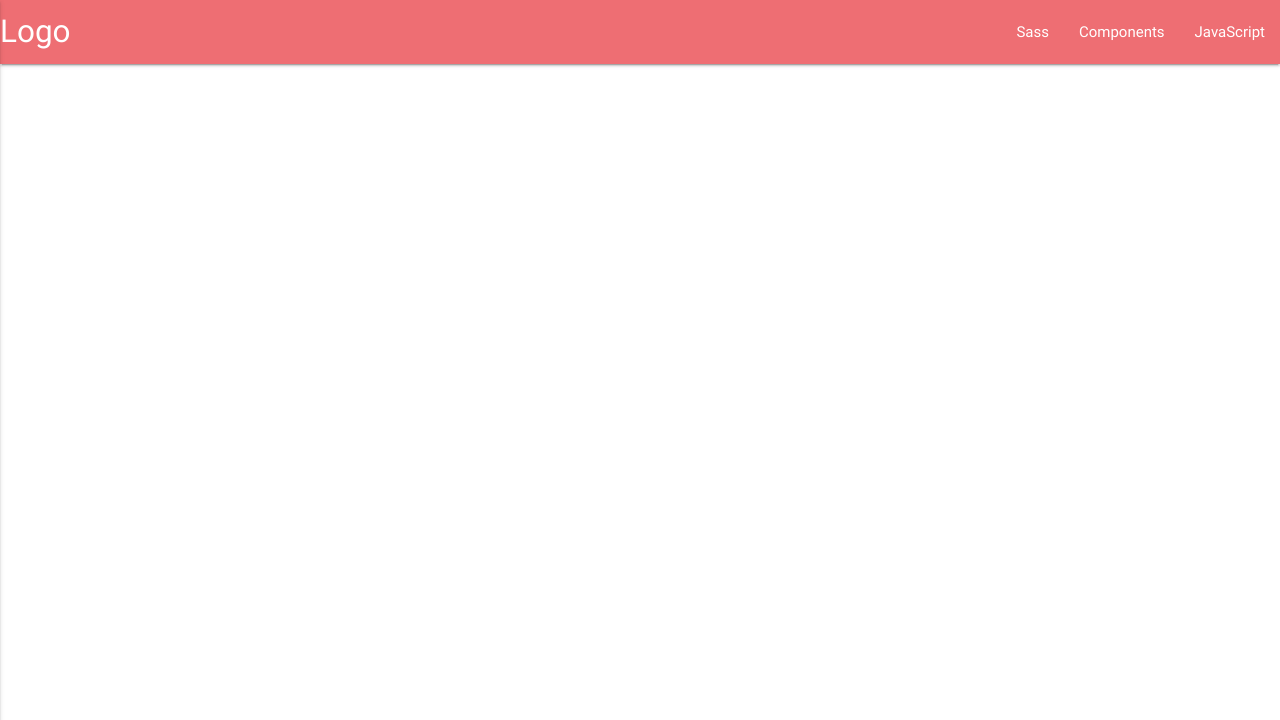
Repository: arcorco/dcd-milestone
Page: http://localhost/
The author's editor kept a record of every edit. The page is drawn from the files as they stood at one moment, then again after the next edit.
The browser window is 1280 px wide. The pictures show the whole page.
Some web libraries are served in a nearby version. The page is served by the project's application, run on Flask 3 (app.py). Queries for data that is not in the repository find no rows.

Above is the page before.

### templates/games.html
{% extends 'base.html' %} {% block content %}
<div class="center game-carousel">

    {% for game in games %}
    <div class="carousel-item red white-text">
        <div class="row">
            <div class="col s6">
                <h1>{{game.game_name}}</h1>
                <ul>
                    <li>
                        <h5 class="white-text"><i class="material-icons">work</i> Manufacturer: {{game.manufacturer}}</h5>
                    </li>
                    <li>
                        <h5 class="white-text"><i class="material-icons">group</i> Number of players: {{game.number_of_players}}</h5>
                    </li>
                    <li>
                        <h5 class="white-text"><i class="material-icons">child_care</i> Age range: {{game.age_range}}</h5>
                    </li>
                </ul>
            </div>
            <div class="col s6">
                <p class="white-text">{{game.game_description}}</p>
                <div class="row">
                    <div class="col s6">
                        <a href="{{url_for('edit_game', game_id=game._id)}}" class="waves-effect waves-light btn"><i class="material-icons right">cloud</i>EDIT</a>
                    </div>
                    <div class="col s6">
                        <a href="{{url_for('delete_game', game_id=game._id)}}" class="waves-effect waves-light btn"><i class="material-icons right">cloud</i>DELETE</a>
                    </div>
                </div>
            </div>
        </div>
    </div>
    {% endfor %}

</div>
{% endblock %}

### templates/base.html
<!DOCTYPE html>
<html>

<head>
    <link href="https://fonts.googleapis.com/icon?family=Material+Icons" rel="stylesheet">
    <link rel="stylesheet" href="https://cdnjs.cloudflare.com/ajax/libs/materialize/0.100.2/css/materialize.min.css">
    <link rel="stylesheet" type="text/css" href="//cdn.jsdelivr.net/npm/slick-carousel@1.8.1/slick/slick.css" />
    <link rel="stylesheet" href="{{url_for('static', filename='css/style.css')}}" type="text/css" />
</head>

<body>
    <header>
        <nav>
            <div class="nav-wrapper">
                <a href="#" class="brand-logo">Logo</a>
                <a href="#" data-activates="mobile-demo" class="button-collapse"><i class="material-icons">menu</i></a>
                <ul id="nav-mobile" class="right hide-on-med-and-down">
                    <li><a href="sass.html">Sass</a></li>
                    <li><a href="badges.html">Components</a></li>
                    <li><a href="collapsible.html">JavaScript</a></li>
                </ul>

                <ul class="side-nav" id="mobile-demo">
                    <li><a href="sass.html">Sass</a></li>
                    <li><a href="badges.html">Components</a></li>
                    <li><a href="collapsible.html">JavaScript</a></li>
                </ul>
            </div>
        </nav>
    </header>
    {% block content %} {% endblock %}

    <script src="https://cdnjs.cloudflare.com/ajax/libs/jquery/3.2.1/jquery.min.js"></script>
    <script src="https://cdnjs.cloudflare.com/ajax/libs/materialize/0.100.2/js/materialize.min.js"></script>
    <script type="text/javascript" src="//cdn.jsdelivr.net/npm/slick-carousel@1.8.1/slick/slick.min.js"></script>
    <script type="text/javascript">
        $(document).ready(function() {
            $('.game-carousel').slick({});

            $('input#game_description').characterCounter();

            $('select').material_select();

            $('.button-collapse').sideNav();
        });
    </script>
</body>

</html>

### app.py
import os
from flask import Flask, render_template, redirect, request, url_for
from flask_pymongo import PyMongo
from bson.objectid import ObjectId

app = Flask(__name__)

app.config["MONGO_DNAME"] = 'game_review'
app.config["MONGO_URI"] = 'mongodb+srv://first_user:WG9zKqgDwfDTHNa@myfirstcluster-74ub4.mongodb.net/game_review?retryWrites=true&w=majority'
#environment variable for username and password

mongo = PyMongo(app)

@app.route('/')
@app.route('/get_games')
def get_games():
    return render_template('games.html', games=mongo.db.games.find())

@app.route('/add_game')
def add_game():
    return render_template('addgame.html')

@app.route('/insert_game', methods=['POST'])
def insert_game():
    games = mongo.db.games
    new_game = request.form.to_dict()
    min_players = new_game.get("number_of_players_min")
    max_players = new_game.get("number_of_players_max")
    min_age = new_game.get("age_range")
    age = "%s+" % min_age
    players = "%s-%s" % (min_players, max_players)
    new_game.update( {'number_of_players' : players} )
    new_game.update( {'age_range' : age} )
    games.insert_one(new_game)
    return redirect(url_for('get_games'))

@app.route('/edit_game/<game_id>')
def edit_game(game_id):
    the_game = mongo.db.games.find_one({"_id": ObjectId(game_id)})
    return render_template('editgame.html', game=the_game)

@app.route('/update_game/<game_id>', methods=["POST"])
def update_game(game_id):
    games = mongo.db.games
    games.update( {'_id': ObjectId(game_id)},
    {
        'game_name':request.form.get('game_name'),
        'game_description':request.form.get('game_description'),
        'manufacturer':request.form.get('manufacturer'),
        'number_of_players_min':request.form.get('number_of_players_min'),
        'number_of_players_max':request.form.get('number_of_players_max'),
        'number_of_players':"%s-%s" % (request.form.get('number_of_players_min'), request.form.get('number_of_players_max')),
        'age_range': "%s+" % (request.form.get('age_range'))
    })
    return redirect(url_for('get_games'))

@app.route('/delete_game/<game_id>')
def delete_game(game_id):
    mongo.db.games.remove({'_id': ObjectId(game_id)})
    return redirect(url_for('get_games'))

@app.route('/get_reviews')
def get_reviews():
    return render_template('reviews.html', reviews=mongo.db.reviews.find())

@app.route('/add_review')
def add_review():
    return render_template('addreview.html', games=mongo.db.games.find())

@app.route('/insert_review', methods=['POST'])
def insert_review():
    reviews = mongo.db.reviews
    new_review = request.form.to_dict()
    recommended = new_review.get("recommended")
    if recommended == "on":
        new_review.update( {'recommended' : 'Yes'} )
    else:
        new_review.update( {'recommended' : 'No' })
    reviews.insert_one(new_review)
    return redirect(url_for('get_reviews'))

@app.route('/edit_review/<review_id>')
def edit_review(review_id):
    the_review = mongo.db.reviews.find_one({"_id": ObjectId(review_id)})
    return render_template('editreview.html', review=the_review, games=mongo.db.games.find())

@app.route('/update_review/<review_id>', methods=["POST"])
def update_review(review_id):
    reviews = mongo.db.reviews
    updated_review = request.form.to_dict()
    recommended = updated_review.get("recommended")
    if recommended == "on":
        reviews.update({'_id':ObjectId(review_id)},
        {
            'game_name':request.form.get('game_name'),
            'review':request.form.get('review'),
            'rating':request.form.get('rating'),
            'recommended': "Yes"
        })
    else:
        reviews.update({'_id':ObjectId(review_id)},
        {
            'game_name':request.form.get('game_name'),
            'review':request.form.get('review'),
            'rating':request.form.get('rating'),
            'recommended': "No"
        })
    return redirect(url_for('get_reviews'))

@app.route('/delete_review/<review_id>')
def delete_review(review_id):
    mongo.db.reviews.remove({'_id': ObjectId(review_id)})
    return redirect(url_for('get_reviews'))

if __name__ == "__main__":
    app.run(host=os.environ.get('IP'),
            port=int(os.environ.get('PORT')),
            debug=True)

Loaded but not shown: static/css/style.css (common file)

After the next edit:
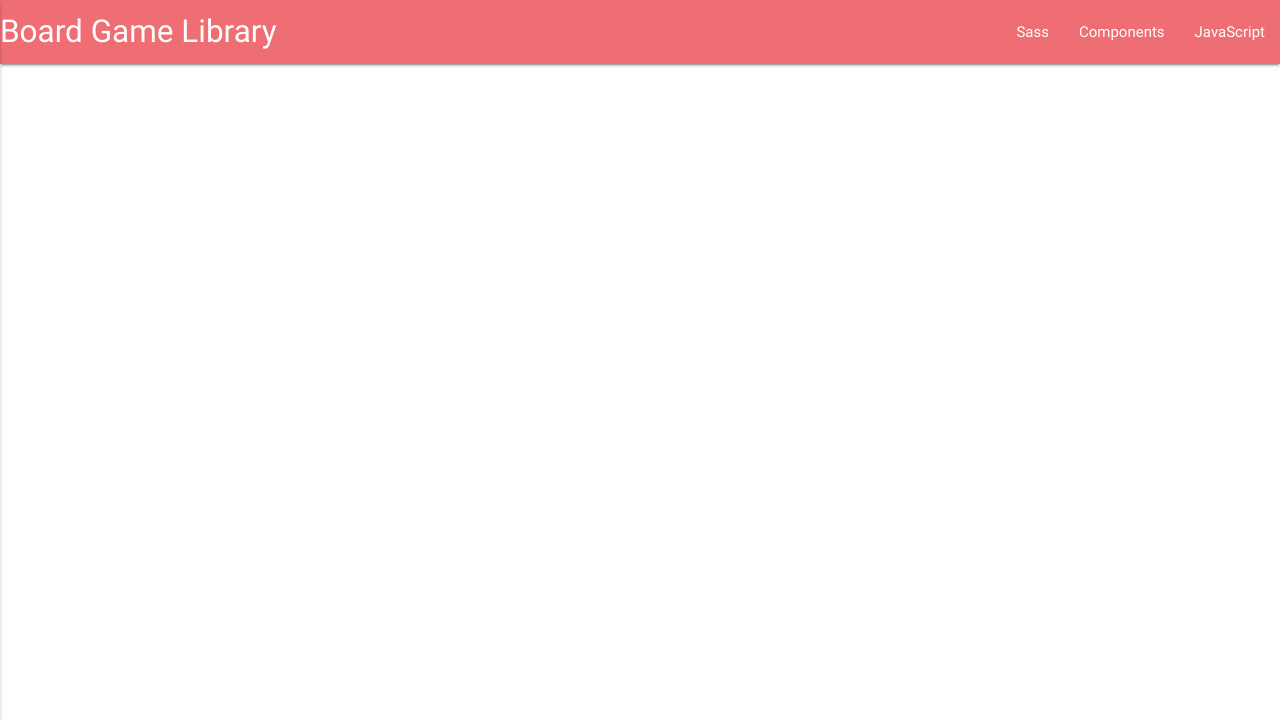
The edit:
--- a/templates/base.html
+++ b/templates/base.html
@@ -12,7 +12,7 @@
     <header>
         <nav>
             <div class="nav-wrapper">
-                <a href="#" class="brand-logo">Logo</a>
+                <a href="#" class="brand-logo">Board Game Library</a>
                 <a href="#" data-activates="mobile-demo" class="button-collapse"><i class="material-icons">menu</i></a>
                 <ul id="nav-mobile" class="right hide-on-med-and-down">
                     <li><a href="sass.html">Sass</a></li>
